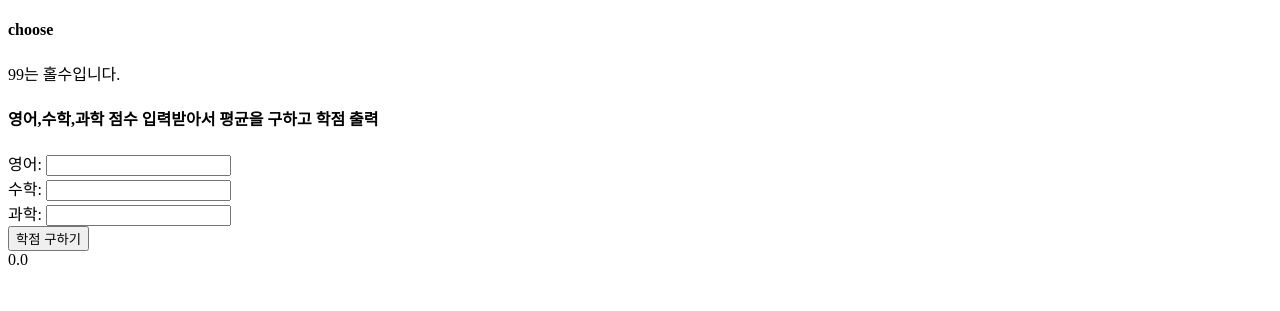
Repository: hyojinx/JspStudy
Page: http://localhost/jspstudy/11JSTL/Choose.jsp
An editor plug-in stored every save of this project. The page is shown before and after the next save, followed by the edit.
The browser window is 1280 px wide. The pictures show the whole page.
The page is served by Tomcat 9.

Above is the page before, as saved 2023-04-10 03:08:54.

After the next save:
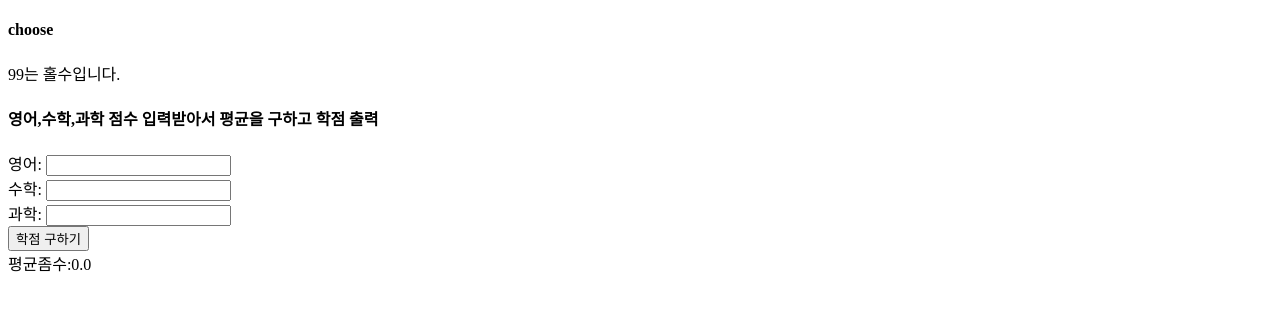
Saved 26 s later.
--- a/jspstudy/src/main/webapp/11JSTL/Choose.jsp
+++ b/jspstudy/src/main/webapp/11JSTL/Choose.jsp
@@ -29,11 +29,9 @@
 	</form>
 	<!-- 90이상 수, 80이상 우, 70이상 미, 60이상 양, 나머지 가 -->
 	<!-- 평균점수: ?? / 학점: ?? -->
-	${param.eng}
-	${param.math}
-	${param.sci}
+
 	<c:set var="avg" value="${(param.eng+param.math+param.sci)/3}"/>
-	${avg }
+	평균좀수:${avg }
 
 
 
